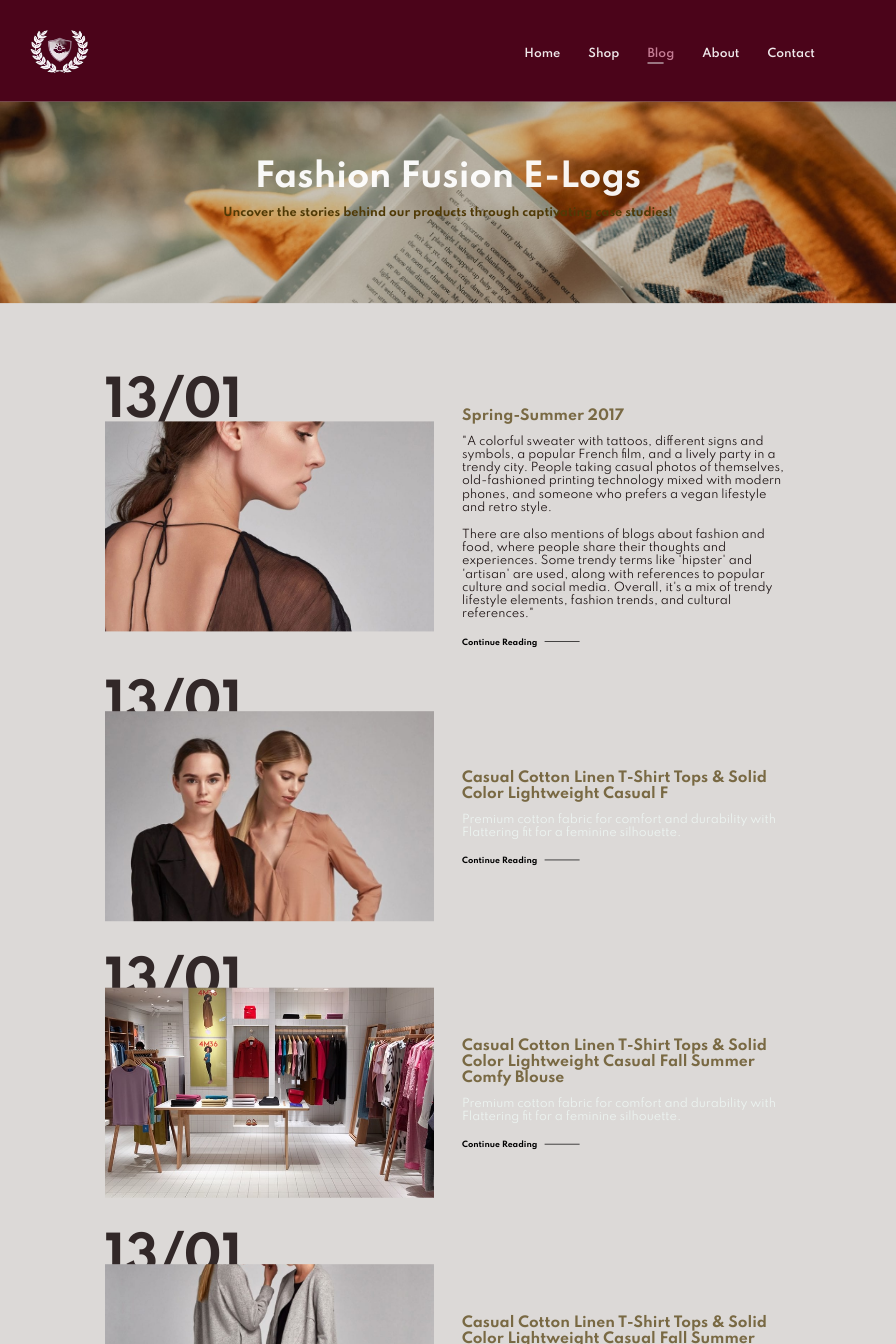
Repository: JhananiNallasamy/ECommerce-website-deployment
Page: blog.html
The author's editor kept a copy of each file at every save. The page is drawn from the files as they stood at one save, then again after the next save.
The browser window is 1280 px wide. The pictures show the part of the page from y = 0 to 1920 px (the page is 3636 px tall), at 70% of full size.
Some web libraries are served in a nearby version.

Above is the page before, as saved 2024-05-05 10:50:11.

After the next save:
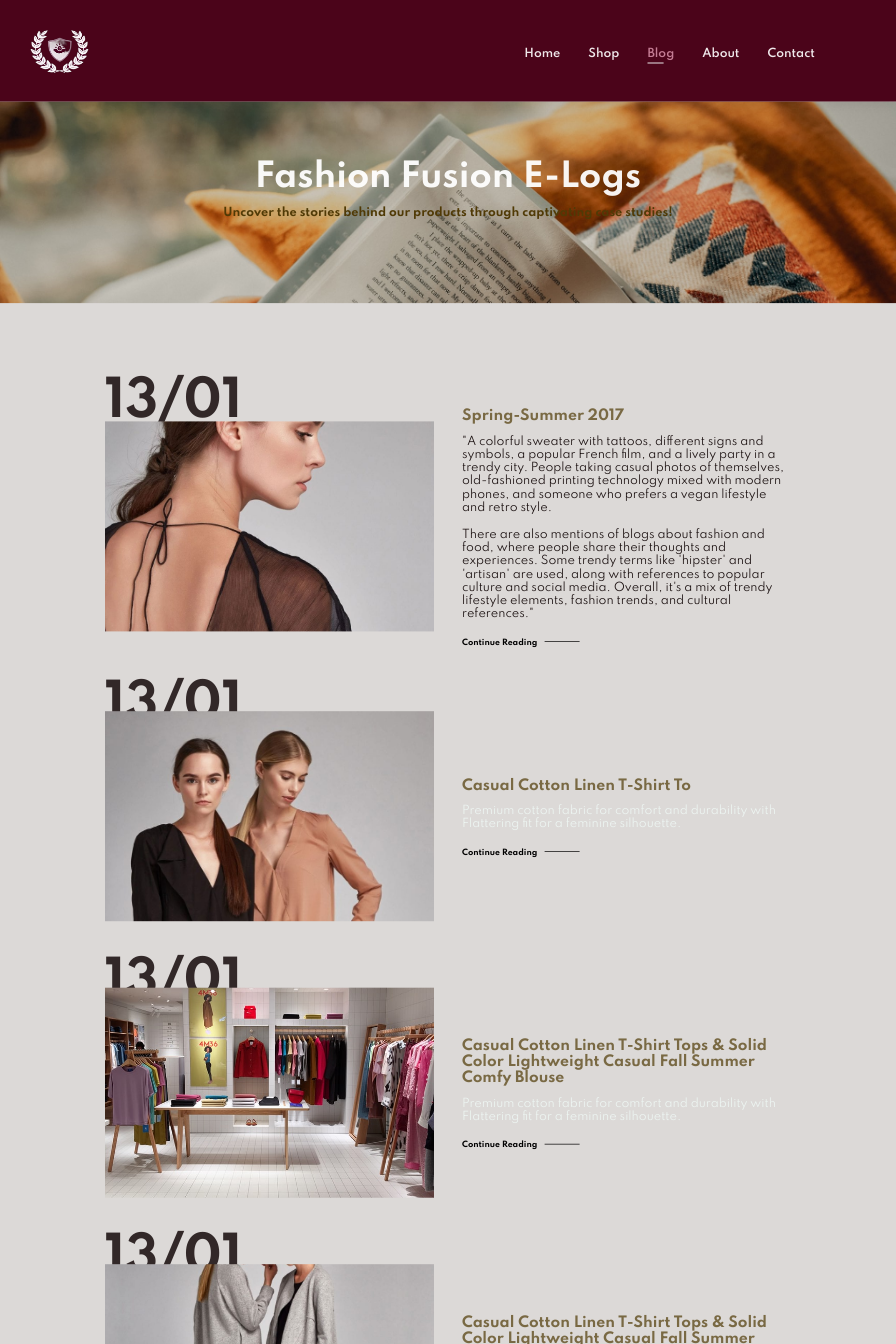
Saved 6 s later.
--- a/blog.html
+++ b/blog.html
@@ -58,7 +58,7 @@
                 <img src="img/blog/b2.jpg" alt="b2 in blog">
             </div>
             <div class="blog-details">
-            <h4 style="color: #503a06b4;"> Casual Cotton Linen T-Shirt Tops & Solid Color Lightweight Casual F</h4>
+            <h4 style="color: #503a06b4;"> Casual Cotton Linen T-Shirt To</h4>
             <p>Premium cotton fabric for comfort and durability with Flattering fit for a feminine silhouette.</p>
             <a href="#"> Continue Reading </a>
             </div>
